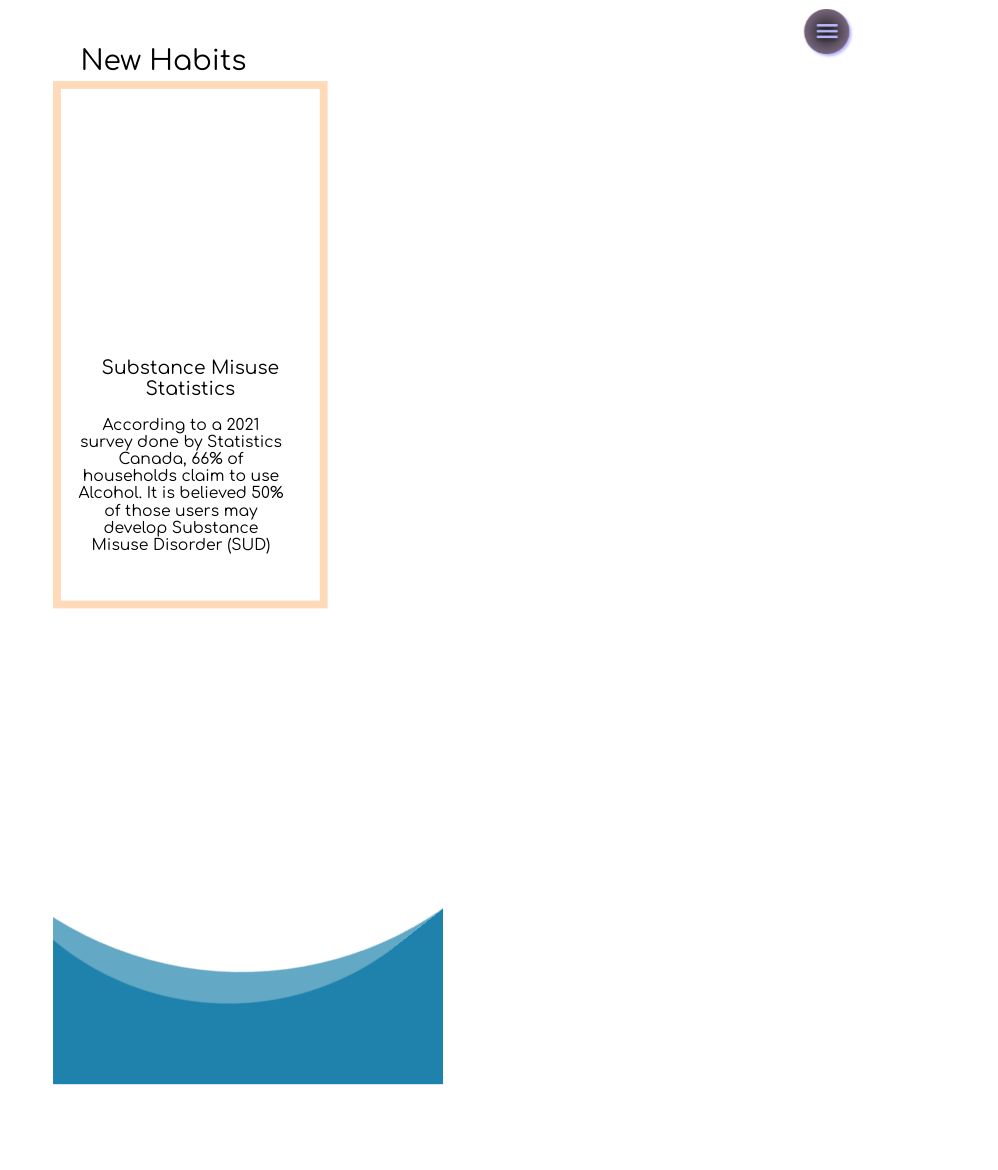
Repository: olivia-sk/MDIA-2109-2106-Big-Project
Page: /
The author's editor kept a copy of each file at every save. The page is drawn from the files as they stood at one save, then again after the next save.
The browser window is 1280 px wide. The pictures show the whole page, at 78% of full size.
The project was rebuilt for these pictures with package versions that can differ from the ones it lists, and the page was loaded fresh each time. The framework's server and built-in components were replaced by stand-ins that run in the browser. Also part of the build but not shown: next.config.js, styles/globals.css, components/PieChart/PieChart.module.css, components/PieChart/index.js, components/Button/Button.module.css, components/Button/index.js.

Above is the page before, as saved 2023-04-15 13:15:44.

### pages/index.js
import Head from "next/head";
import Image from "next/image";
import styles from "@/styles/Home.module.css";
import Pie from "@/components/PieChart";
import Link from "next/link";
import Navigation from "@/components/Menu";
import Button from "@/components/Button";
import WaterWave from "@/components/WaterWave";

export default function Home() {
  return (
    <>
      <Head>
        <title>New Habits Web App</title>
        <meta
          name="description"
          content="To identify and help those who suffer from Substance Misuse"
        />
        <meta name="viewport" content="width=device-width, initial-scale=1" />
        <link rel="icon" href="/favicon.ico" />
      </Head>
      <main className={styles.main}>
        <div>
        <h1 className={styles.title}>New Habits</h1>
      <Navigation/>
        <div className={styles.box}>
        <h2>Substance Misuse Statistics</h2>
        <p>According to a 2021 survey done by Statistics Canada, 66% of households claim to use Alcohol. It is believed 50% of those users may develop Substance Misuse Disorder (SUD)</p>
        </div>
        <WaterWave />
        </div>
      </main>
    </>
  );
}

### styles/Home.module.css
.main {
  display: flex;
  flex-direction: column;
  justify-content: space-between;
  align-items: center;
  padding: 6rem;
  width: 428px;
  height: 926px;
  background-color: (249, 249, 255);
}
.box {
  position: relative;
  align-content: center;
  width: 332px;
  height: 656px;
  border: solid 10px rgba(255, 218, 185, 1);
}
.pie {
  display: flex;
  align-items: center;
  padding-top: 1%;


}
.title {
  position: absolute;
  width: 213px;
  height: 40px;
  left: 103px;
  top: 34px;
  color: black;
  font-family: 'Comfortaa';
  font-style: normal;
  font-weight: 400;
  font-size: 36px;
  line-height: 40px;
  text-align: center;
}
.box h2 {
  font-family: 'Comfortaa';
  font-style: normal;
  font-weight: 500;
  font-size: 24px;
  line-height: 27px;
  text-align: center;
  color: black;
  position: absolute;
  top: 325px;
}
.box p {
  font-family: 'Comfortaa';
  font-style: normal;
  font-weight: 400;
  font-size: 20px;
  line-height: 22px;
  text-align: center;
  color: black;
  position: absolute;
  top: 400px;
  width: 264px;
  left: 22px;
}
.link {
  display: flex;
flex-direction: row;
justify-content: center;
align-items: center;
padding: 10px 30px;
gap: 10px;
}

### components/Menu/index.js
import React, { useRef } from 'react'
import styles from './Menu.module.css'
import Image from 'next/image'
import Link from 'next/link'

export default function Navigation() {
  const hamburgerRef = useRef();
  const navigationRef = useRef();

  const handleClickOutside = (event) => {
    const isClickInside =
      navigationRef.current.contains(event.target) ||
      hamburgerRef.current.contains(event.target);
    if (!isClickInside) {
      navigationRef.current.classList.remove(styles.active);
      hamburgerRef.current.classList.remove(styles.hidden);
    }
  };

  const handleHamburgerClick = () => {
    navigationRef.current.classList.add(styles.active);
    hamburgerRef.current.classList.add(styles.hidden);
  };

  React.useEffect(() => {
    document.addEventListener("click", handleClickOutside);

    return () => {
      document.removeEventListener("click", handleClickOutside);
    };
  }, []);

  return (
    <>
      <div className={styles.navigation} ref={navigationRef}>
        <button
          className={`${styles.hamburger} ${styles.bar}`}
          onClick={handleHamburgerClick}
          ref={hamburgerRef}
        >
          <Image src="/Menu/burger.png" width={65} height={65} alt='burger menu'/>
        </button>
        <nav>
          <h1 className={styles.menutitle}>Menu</h1>
          <ul>
            <li>
              <Link href="./pages/index.js">Home</Link>
            </li>
            <li>
              <Link href="./pages/5-GetStarted/index.js">Quiz</Link>
            </li>
            <li>
              <Link href="./pages/11-Disclaimer/index.js">Disclaimer</Link>
            </li>
            <li>
              <Link href="./pages/13-Resources/index.js">Resources</Link>
            </li>
          </ul>
        </nav>
      </div>
    </>
  );
}

### components/WaterWave/index.js
import styles from './Wave.module.css'

export default function WaterWave() {
  return (
    <>
        <div className={styles.container}>
            <div className={styles.water_wave}></div>
        </div>
    </>
  )
}

### components/Menu/Menu.module.css
.navigation {
  position: fixed;
  top: 0;
  right: -500px;
  width: 280px;
  height: 100%;
  background-image: url("/Menu/background.png");
  background-size: cover;
  transition: 0.5s;
  border-radius: 27px 0 0 27px;
}

.menutitle {
  font-family: 'Montserrat', sans-serif;
  font-style: normal;
  font-weight: 400;
  font-size: 24px;
  display: flex;
  align-items: left;
  color: rgba(255, 255, 255, 0.50);
  margin: 1.5rem;
}

.navigation ul li {
  display: flex;
  color: rgba(255, 255, 255, 0.5);
  line-height: 20px;
  text-align: left;
  font-weight: 500;
  list-style-type: none;
  font-size: 14px;
  padding: 20px 30px;
  border-bottom: 0px 64px 64px -32px rgba(41, 15, 0, 100);
  transition: all 0.3s ease;
}

.navigation ul li:hover {
  padding: 16px 20px;
  background-image: url("/Menu/hover.png");
  background-size: cover;
  border-radius: 12px;
  cursor: pointer;
}

.hamburger,
.bar {
  position: fixed;
}

.hamburger {
  display: flex;
  top: 6%;
  left: 80%;
  transform: translateY(-50%);
  border: 0;
  background: 0 0;
  margin-right: 10rem;
}

.hamburger.hidden {
  display: none;
}

.navigation.active {
  right: 0;
  z-index: 1;
}

### components/WaterWave/Wave.module.css
.container {
    display: flex;
    align-items: center;
    justify-content: center;
    min-height: 100vh;
}

.water_wave{
    width: 500px;
    height: 500px;
    background:#1f82ac;
    box-shadow: insert 0 0 20px 0 rgba(0,0,0,0.8);
    position: relative;
    overflow: hidden;
}

.water_wave:after,
.water_wave:before {
    content: "";
    position: absolute;
    width: 200%;
    height: 200%;
    top: -50%;
    left: 50%;
    background:#ffffff;
}

.water_wave:after{
    border-radius:45%;
    animation: water_wave 5s linear infinite;
}

.water_wave:before{
    border-radius: 35%;
    background: rgba(255,255,255,0.3);
    animation: water_wave 5s linear infinite;
}
@keyframes water_wave{
    0%{
        transform: translate(-50%,-50%) rotate(0deg);
        top: -30%;
    }
    50%{
        transform: translate(-50%,-50%) rotate(180deg);
        top: -40%;
    }
    100%{
        transform: translate(-50%,-50%) rotate(360deg);
        top: -30%;
    }




}

Loaded but not shown: pages/_app.js (common file); pages/_document.js (common file)

After the next save:
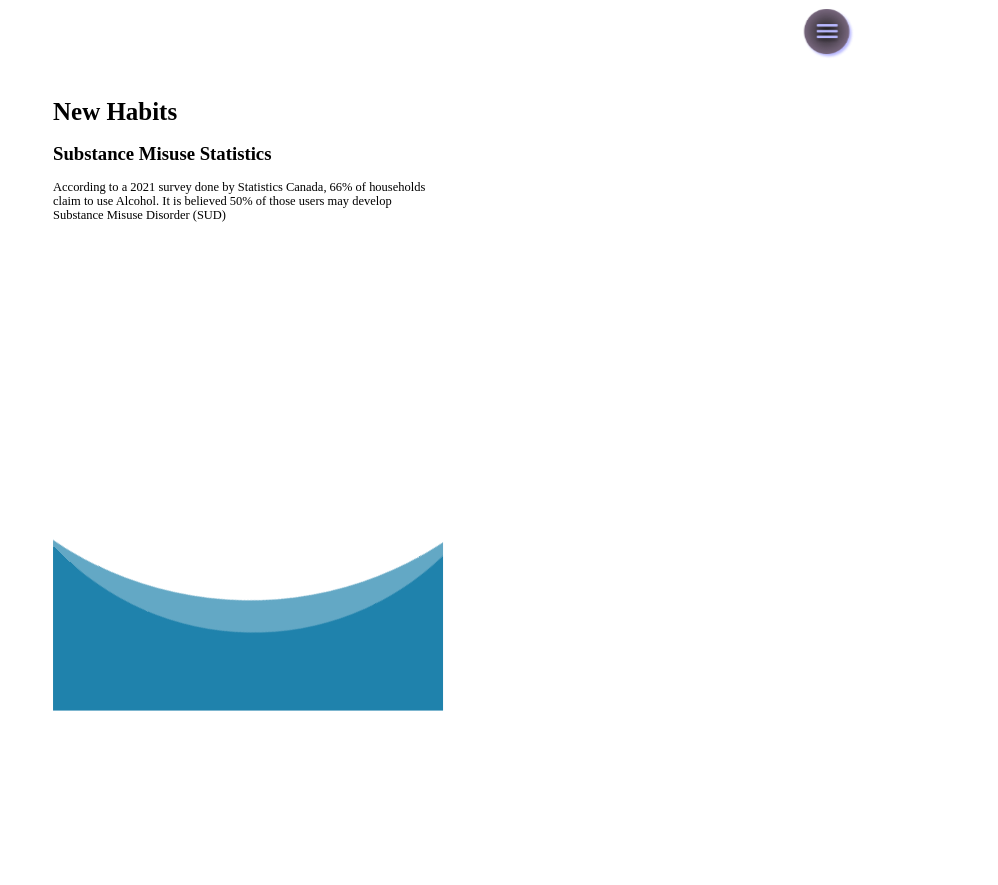
Saved 7 min 22 s later.
--- a/styles/Home.module.css
+++ b/styles/Home.module.css
@@ -8,63 +8,3 @@
   height: 926px;
   background-color: (249, 249, 255);
 }
-.box {
-  position: relative;
-  align-content: center;
-  width: 332px;
-  height: 656px;
-  border: solid 10px rgba(255, 218, 185, 1);
-}
-.pie {
-  display: flex;
-  align-items: center;
-  padding-top: 1%;
-
-
-}
-.title {
-  position: absolute;
-  width: 213px;
-  height: 40px;
-  left: 103px;
-  top: 34px;
-  color: black;
-  font-family: 'Comfortaa';
-  font-style: normal;
-  font-weight: 400;
-  font-size: 36px;
-  line-height: 40px;
-  text-align: center;
-}
-.box h2 {
-  font-family: 'Comfortaa';
-  font-style: normal;
-  font-weight: 500;
-  font-size: 24px;
-  line-height: 27px;
-  text-align: center;
-  color: black;
-  position: absolute;
-  top: 325px;
-}
-.box p {
-  font-family: 'Comfortaa';
-  font-style: normal;
-  font-weight: 400;
-  font-size: 20px;
-  line-height: 22px;
-  text-align: center;
-  color: black;
-  position: absolute;
-  top: 400px;
-  width: 264px;
-  left: 22px;
-}
-.link {
-  display: flex;
-flex-direction: row;
-justify-content: center;
-align-items: center;
-padding: 10px 30px;
-gap: 10px;
-}
